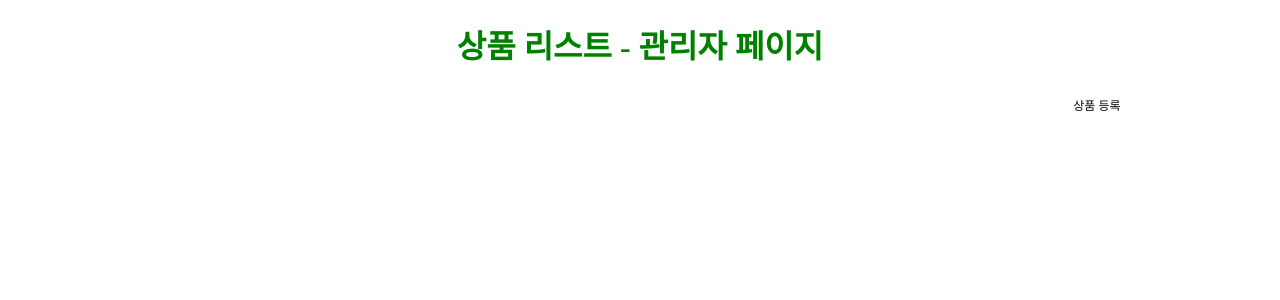
Repository: EverythingOfC/board
Page: http://localhost/servlet_mvc_proj_step02/product/list.jsp
An editor plug-in stored every save of this project. The page is shown before and after the next save, followed by the edit.
The browser window is 1280 px wide. The pictures show the whole page.
The page is served by Tomcat 9. Other server files are loaded and not shown.

Above is the page before, as saved 2022-12-29 09:13:29.

### servlet_mvc_proj_step02/WebContent/product/list.jsp
<%@ page language="java" contentType="text/html; charset=UTF-8"
    pageEncoding="UTF-8"%>
<!DOCTYPE html>
<html>
<head>
<meta charset="UTF-8">
<link href="../css/shopping.css" rel="stylesheet" type="text/css">
<title>상품 등록 폼</title>
</head>
<body>

	<div id="wrap" align="center">
		<h1>상품 리스트 - 관리자 페이지</h1>
		<table class="list">
			<tr>
			<td colspan="5" style="border:white; text-align: right">
			<a href="ds?write">상품 등록</a>
			</td>
			</tr>

		</table>

	</div>
</body>
</html>

### servlet_mvc_proj_step02/WebContent/css/shopping.css
@charset "UTF-8";

#wrap{
	width:971px;
	margin:0 auto;
}
h1{
	color:green;
}
table{
	width:100%;
	border-collapse: collapse;	/* 겹치는 선은 한줄로 나타냄 */
	font-size:12px;
	line-height:24px;
}
table td,th{
	border:#d3d3d3 solid 1px;
	padding:5px;
}
th{
	background:yellowgreen;
}
img{
	width:220px;
	height:300px;
}
a{
	text-decoration:none;
	color:black;
}
a:hover{
	text-decoration: underline;
	color:green;
}

After the next save:
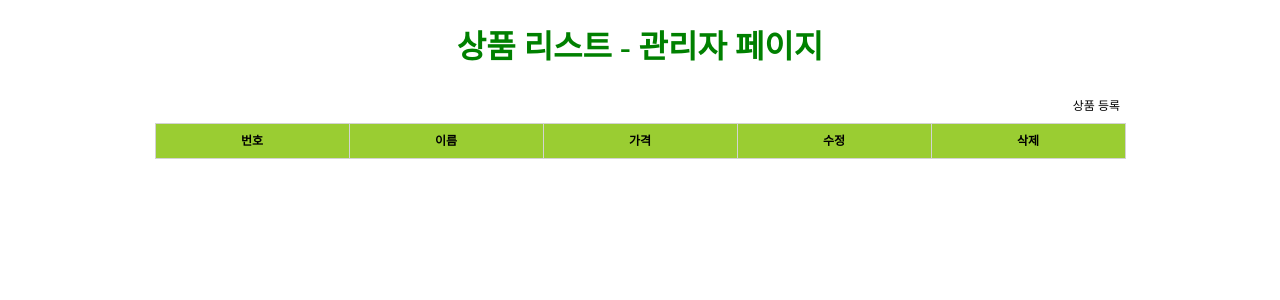
Saved 20 s later.
--- a/servlet_mvc_proj_step02/WebContent/product/list.jsp
+++ b/servlet_mvc_proj_step02/WebContent/product/list.jsp
@@ -17,6 +17,7 @@
 			<a href="ds?write">상품 등록</a>
 			</td>
 			</tr>
+			<tr><th>번호</th><th>이름</th><th>가격</th><th>수정</th><th>삭제</th>
 
 		</table>
 
